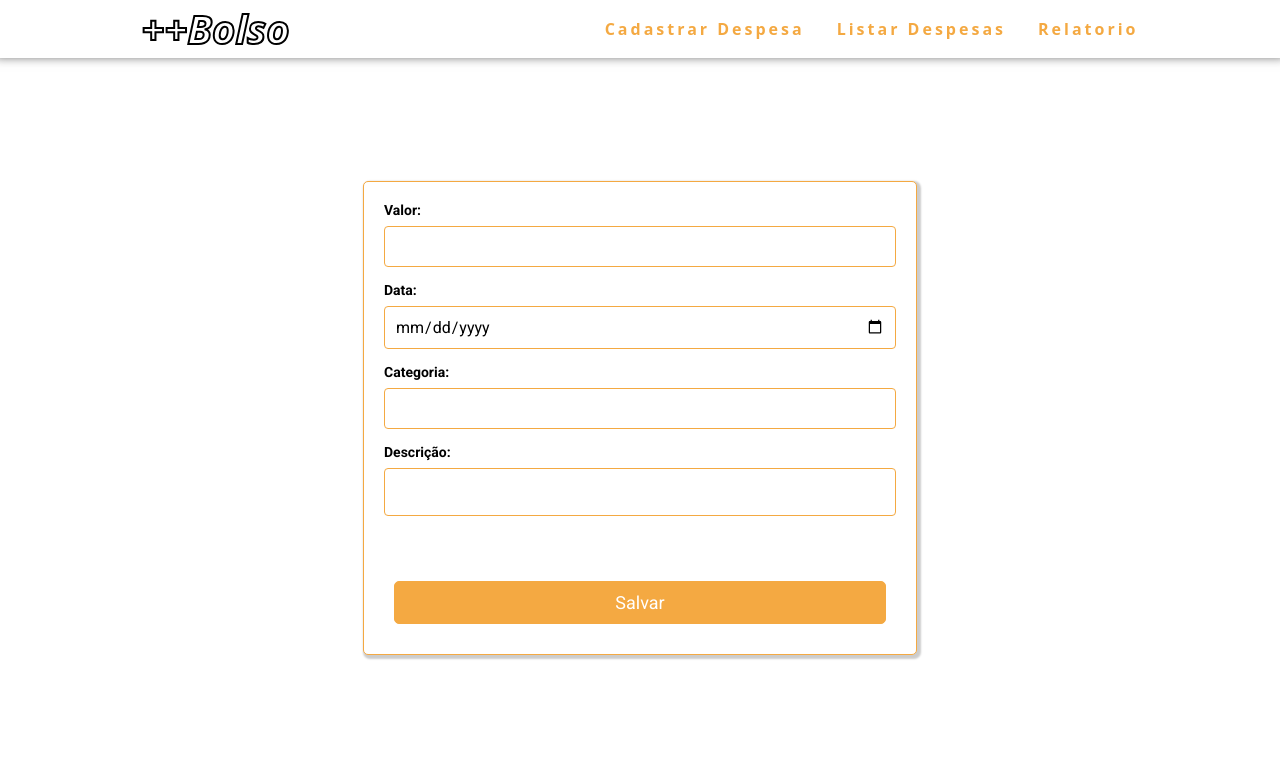
Repository: alexsanderkafka/java-servlets
Page: http://localhost/SaveMoney/cadastrarDespesa.jsp
These files come from the project's save history. The page is drawn as it stood at one moment and after the next save; the edit follows.
The browser window is 1280 px wide. The pictures show the whole page.
The page is served by Tomcat 9. Nobody is signed in. The application's start-up code is not run. Other server files are loaded and not shown.

Above is the page before, as saved 2024-10-12 13:12:48.

### SaveMoney/src/main/webapp/cadastrarDespesa.jsp
<%@ page language="java" contentType="text/html; charset=UTF-8"
    pageEncoding="UTF-8"%>
<!DOCTYPE html>
<html>
<head>
	<meta charset="UTF-8">
	<title>Cadastrar Despesa</title>
	<link rel="stylesheet" href="styles/style.css">
	<link rel="stylesheet" href="styles/style-cadastro.css">
</head>
<body>
	<header>
        <nav>
          <div class="logo">
          	<h1>++Bolso</h1>
          </div>
          <ul class="nav-list">
            <li><a href="###">Cadastrar Despesa</a></li>
            <li><a href="###">Listar Despesas</a></li>
            <li><a href="###">Relatorio</a></li>
          </ul>
        </nav>
    </header>

	<div class="container-initial">
        <div class="box-register">
        	<label>Valor: </label>
        	<input type="number">
        	<label>Data: </label>
        	<input type="date">
        	<label>Categoria: </label>
        	<input type="text">
        	<label>Descrição: </label>
        	<textarea rows="5" cols="2"></textarea>
        	<button class="primary-buttons">Salvar</button>
        </div>
    </div>
</body>
</html>

### SaveMoney/src/main/webapp/styles/style.css
@import url('https://fonts.googleapis.com/css2?family=Roboto:ital,wght@0,100;0,300;0,400;0,500;0,700;0,900;1,100;1,300;1,400;1,500;1,700;1,900&display=swap');

html, body, div, span, applet, object, iframe,
h1, h2, h3, h4, h5, h6, p, blockquote, pre,
a, abbr, acronym, address, big, cite, code,
del, dfn, em, img, ins, kbd, q, s, samp,
small, strike, strong, sub, sup, tt, var,
b, u, i, center,
dl, dt, dd, ol, ul, li,
fieldset, form, label, legend,
table, caption, tbody, tfoot, thead, tr, th, td,
article, aside, canvas, details, embed,
figure, figcaption, footer, header, hgroup,
menu, nav, output, ruby, section, summary,
time, mark, audio, video {
    margin: 0;
    padding: 0;
    border: 0;
    font-size: 100%;
    font: inherit;
    vertical-align: baseline;
}

html, body {
    height: 100%;
    margin: 0;
    padding: 0;
}


header{
    background-color: white;
    /* position: sticky;*/
    z-index: 999;
    top: -10px;
    box-shadow: 0 -6px 10px 5px rgba(0,0,0,0.6);
}

.logo h1{
    font-size: 40px;
    font-style: italic;
    font-weight: bold;
    color: #FFF;
    -webkit-text-stroke: 2px #000;
}

nav{
    display: flex;
    justify-content: space-around;
    align-items: center;
    font-family: system-ui, -apple-system, Helvetica, Arial, sans-serif;
    height: 8vh;
}

.nav-list{
    list-style: none;
    display: flex;
}

.nav-list li {
    letter-spacing: 3px;
    margin-left: 32px;
}

.nav-list li a{
    text-decoration: none;
    color: #F4A942;
    font-weight: bold;

}

.nav-list li a:hover{
	color: #f7b64e;
}


/*CSS INDEX*/
.container-initial {
    width: 100%;
    height: 100%;
    display: flex;
    flex-direction: column;
    justify-content: center;
    align-items: center;
}

.container-initial h1{
    font-size: 64px;
    font-family: "Roboto", system-ui;
    font-weight: 600;
    text-decoration: underline;
    text-decoration-color: #F4A942;
    margin-bottom: 25px;
}

.box-menu {
    width: 300px;
    height: 300px;
    background: white;
    border: 1px solid #F4A942;
    border-radius: 5px;
    display: flex;
    flex-direction: column;
    justify-content: center;
    box-shadow: 2px 2px 2px 2px rgba(0, 0, 0, 0.2);
}


.primary-buttons{
	margin: 10px;
	padding: 10px;
	border: 1px solid #F4A942;
	background: #F4A942;
	border-radius: 5px;
	color: white;
	font-weight: 400;
	font-family: "Roboto", system-ui;
	font-size: 18px;
	transition: background-color 0.5s ease;
}

.primary-buttons:hover{
	background-color: #f7b64e;
}

### SaveMoney/src/main/webapp/styles/style-cadastro.css
@charset "UTF-8";
/*CSS PAGINA CADASTRO DE DESPESA*/
.container-initial {
    font-family: 'Roboto', sans-serif;
}

.box-register {
    width: 40%;
    height: 60%;
    background: white;
    border: 1px solid #F4A942;
    border-radius: 5px;
    padding: 20px;

    display: flex;
    flex-direction: column;
    box-shadow: 2px 2px 2px 2px rgba(0, 0, 0, 0.2);
}

.container-initial label {
    display: block;
    margin-bottom: 8px;
    font-weight: bold;
    font-size: 14px;
    color: #000;
}

.container-initial input,
.container-initial textarea {
    width: 100%;
    padding: 10px;
    margin-bottom: 15px;
    border: 1px solid #F4A942;
    border-radius: 4px;
    box-sizing: border-box;
    font-family: 'Roboto', sans-serif;
    font-size: 16px;
}

.container-initial textarea {
    resize: none;
}

.box-register .primary-buttons{
	margin-top: 50px;
}

After the next save:
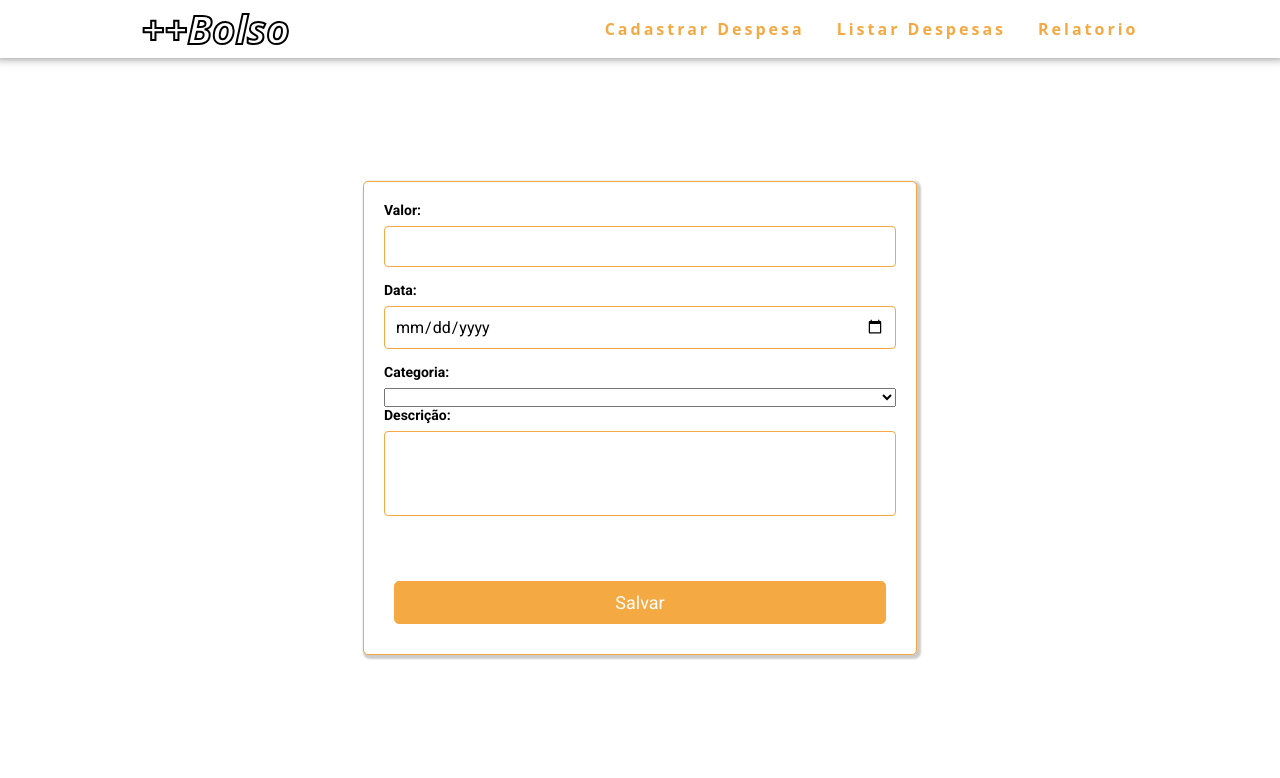
Saved 75 s later.
--- a/SaveMoney/src/main/webapp/cadastrarDespesa.jsp
+++ b/SaveMoney/src/main/webapp/cadastrarDespesa.jsp
@@ -29,7 +29,9 @@
         	<label>Data: </label>
         	<input type="date">
         	<label>Categoria: </label>
-        	<input type="text">
+        	<select>
+        		<option>
+        	</select>
         	<label>Descrição: </label>
         	<textarea rows="5" cols="2"></textarea>
         	<button class="primary-buttons">Salvar</button>
